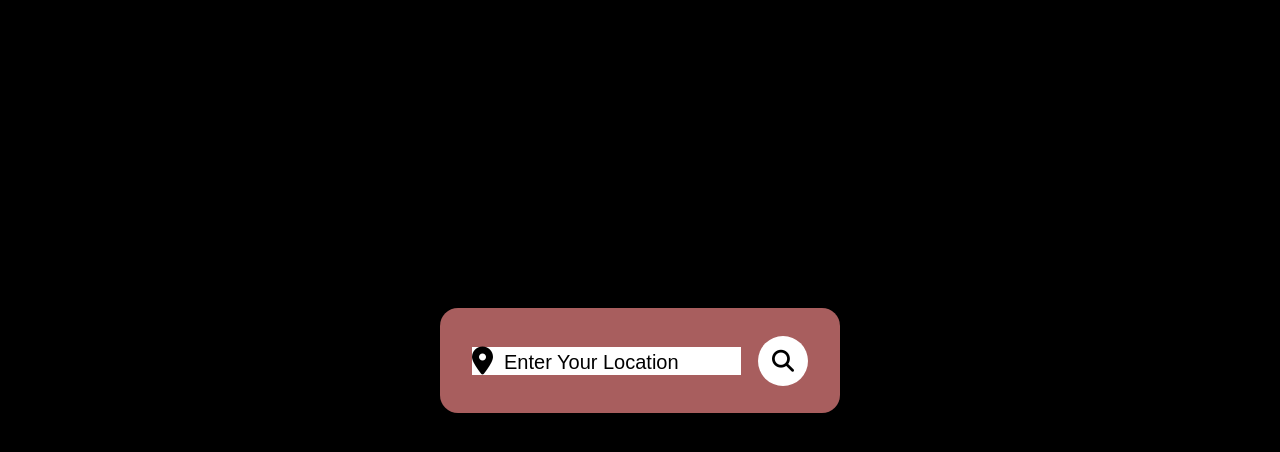
Repository: Pr1s0n3r627/weather
Page: index.html
The author's editor kept a copy of each file at every save. The page is drawn from the files as they stood at one save, then again after the next save.
The browser window is 1280 px wide. The pictures show the whole page.
Some web libraries are served in a nearby version.

Above is the page before, as saved 2024-05-19 00:14:46.

After the next save:
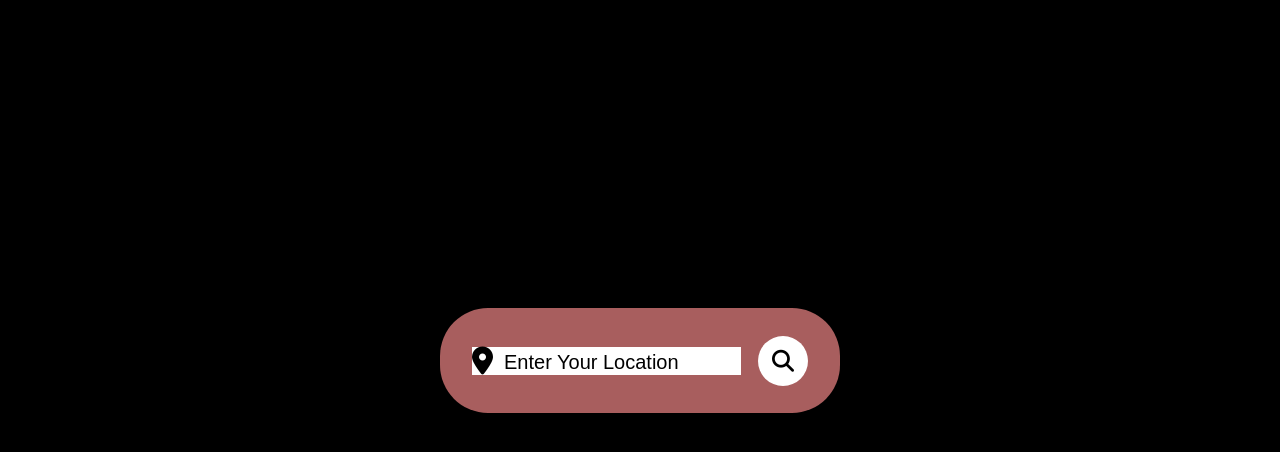
Saved 9 s later.
--- a/style.css
+++ b/style.css
@@ -21,7 +21,7 @@ body{
     background: #a85e5e;
     padding: 28px 32px;
     overflow: hidden;
-    border-radius: 18px;
+    border-radius: 48px;
     border-color: white;
     font-family: 'Roboto', sans-serif;
     transition: 0.6s ease-out;
